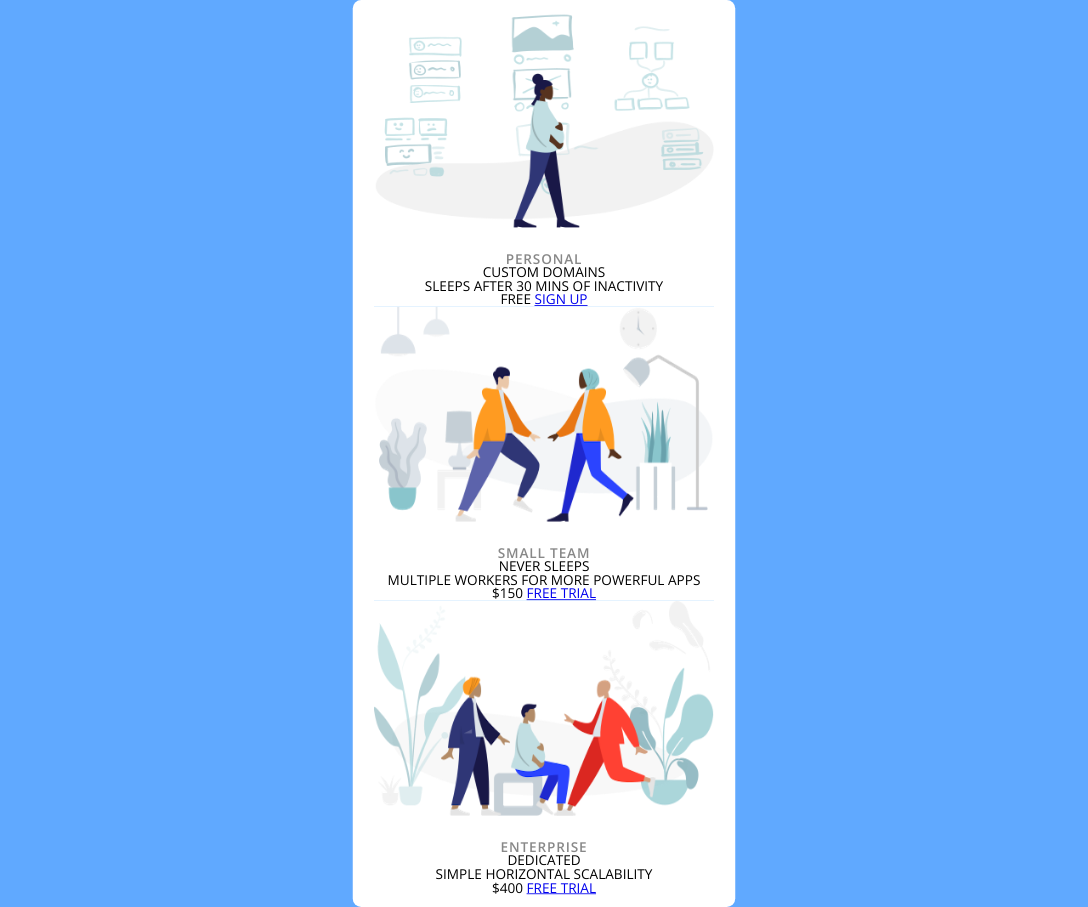
Repository: fatehailey/Pricing-Panel
Page: index.html
The author's editor kept a copy of each file at every save. The page is drawn from the files as they stood at one save, then again after a run of saves.
The browser window is 1280 px wide. The pictures show the whole page, at 85% of full size.

Above is the page before, as saved 2022-09-05 20:19:10.

### index.html
<!DOCTYPE html>
<html lang="en">

<head>
    <meta charset="UTF-8">
    <meta name="viewport" content="width=device-width, initial-scale=1.0">
    <title>Price Tiers</title>
    <link rel="stylesheet" href="https://fonts.googleapis.com/css?family=Open+Sans:400,600,700">
    <link rel="stylesheet" href="app.css">
</head>

<body>
    <div class="panel pricing-table">

        <div class="pricing-plan">
            <img src="icons/icon1.png" alt="" class="pricing-img">
            <h2 class="pricing-header">Personal</h2>
            <ul class="pricing-features">
                <li class="pricing-features-item">Custom domains</li>
                <li class="pricing-features-item">Sleeps after 30 mins of inactivity</li>
            </ul>
            <span class="pricing-price">Free</span>
            <a href="#/" class="pricing-button">Sign up</a>
        </div>

        <div class="pricing-plan">
            <img src="icons/icon2.png" alt="" class="pricing-img">
            <h2 class="pricing-header">Small team</h2>
            <ul class="pricing-features">
                <li class="pricing-features-item">Never sleeps</li>
                <li class="pricing-features-item">Multiple workers for more powerful apps</li>
            </ul>
            <span class="pricing-price">$150</span>
            <a href="#/" class="pricing-button is-featured">Free trial</a>
        </div>

        <div class="pricing-plan">
            <img src="icons/icon3.png" alt="" class="pricing-img">
            <h2 class="pricing-header">Enterprise</h2>
            <ul class="pricing-features">
                <li class="pricing-features-item">Dedicated</li>
                <li class="pricing-features-item">Simple horizontal scalability</li>
            </ul>
            <span class="pricing-price">$400</span>
            <a href="#/" class="pricing-button">Free trial</a>
        </div>

    </div>

</body>

</html>

### app.css
/* http://meyerweb.com/eric/tools/css/reset/
   v2.0 | 20110126
   License: none (public domain)
*/

html, body, div, span, applet, object, iframe,
h1, h2, h3, h4, h5, h6, p, blockquote, pre,
a, abbr, acronym, address, big, cite, code,
del, dfn, em, img, ins, kbd, q, s, samp,
small, strike, strong, sub, sup, tt, var,
b, u, i, center,
dl, dt, dd, ol, ul, li,
fieldset, form, label, legend,
table, caption, tbody, tfoot, thead, tr, th, td,
article, aside, canvas, details, embed,
figure, figcaption, footer, header, hgroup,
menu, nav, output, ruby, section, summary,
time, mark, audio, video {
	margin: 0;
	padding: 0;
	border: 0;
	font-size: 100%;
	font: inherit;
	vertical-align: baseline;
}
/* HTML5 display-role reset for older browsers */
article, aside, details, figcaption, figure,
footer, header, hgroup, menu, nav, section {
	display: block;
}
body {
	line-height: 1;
}
ol, ul {
	list-style: none;
}
blockquote, q {
	quotes: none;
}
blockquote:before, blockquote:after,
q:before, q:after {
	content: '';
	content: none;
}
table {
	border-collapse: collapse;
	border-spacing: 0;
}


html {
    box-sizing: border-box;
    font-family: 'Open Sans', sans-serif;
}
body{
    background-color: #60a9ff;
    display: flex;
    justify-content: center;
    align-items: center;
    min-height: 100vh;
}

.panel{
    background-color: white;
    border-radius: 10px;
    padding: 15px 25px;
    max-width: 960px;
    display: flex;
    flex-direction: column;
    text-align: center;
    text-transform: uppercase;
}

.pricing-plan:not(:last-child) {
    border-bottom: 1px solid #e1f1ff;
  }

.pricing-img {
    margin-bottom: 25px;
    width: 100%;
}

.pricing-header{
    color: #888;
    font-weight: 600;
    letter-spacing: 1px;
}

.pricing-features{
    margin: 50 px ;
}

After the next 7 saves:
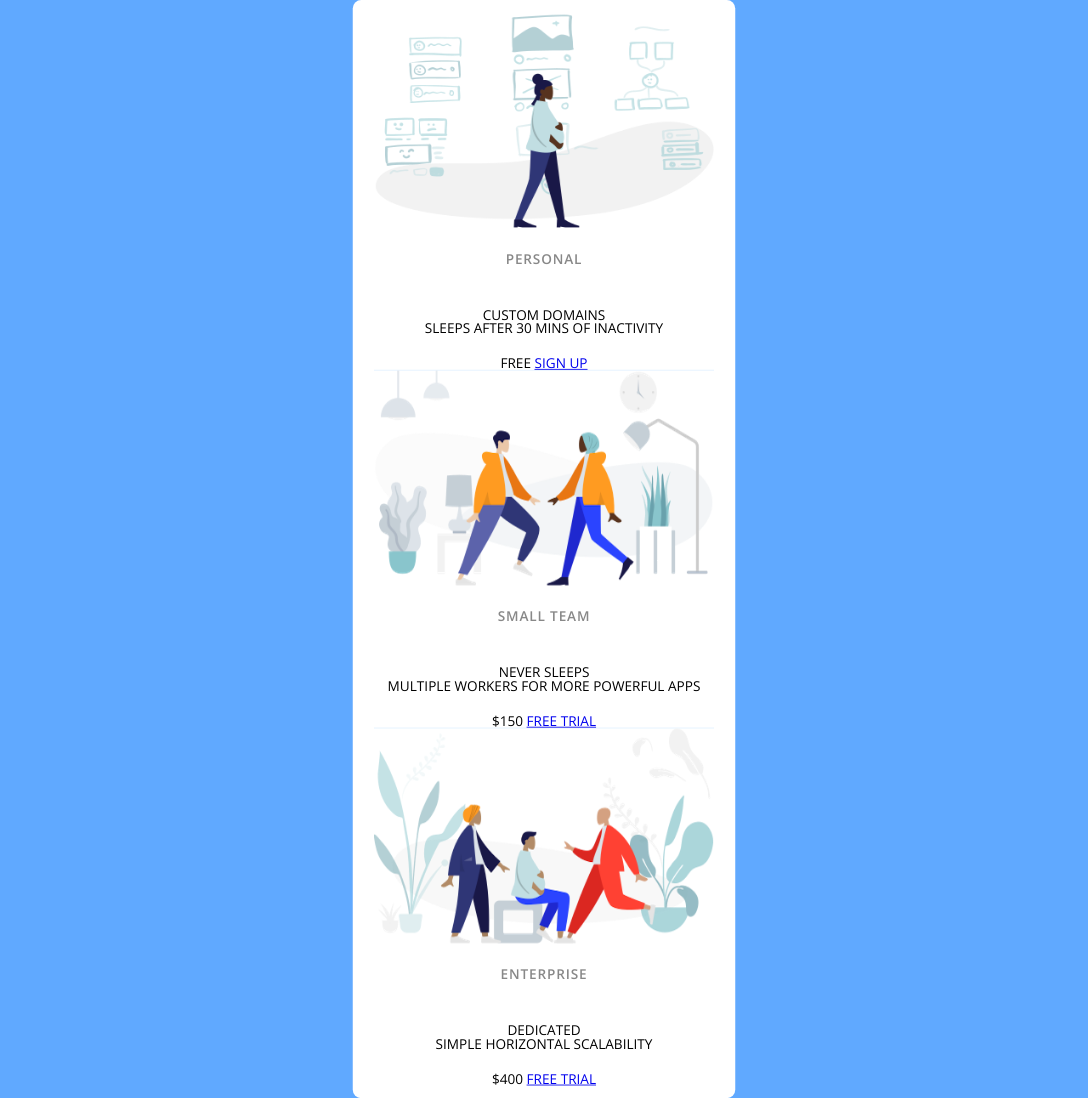
The 7 saves are shown as one change because they came seconds apart.
The last was saved 21 s later.
--- a/app.css
+++ b/app.css
@@ -87,5 +87,6 @@ body{
 }
 
 .pricing-features{
-    margin: 50 px ;
+    margin: 50px 0 25px;
+    color: #;
 }
